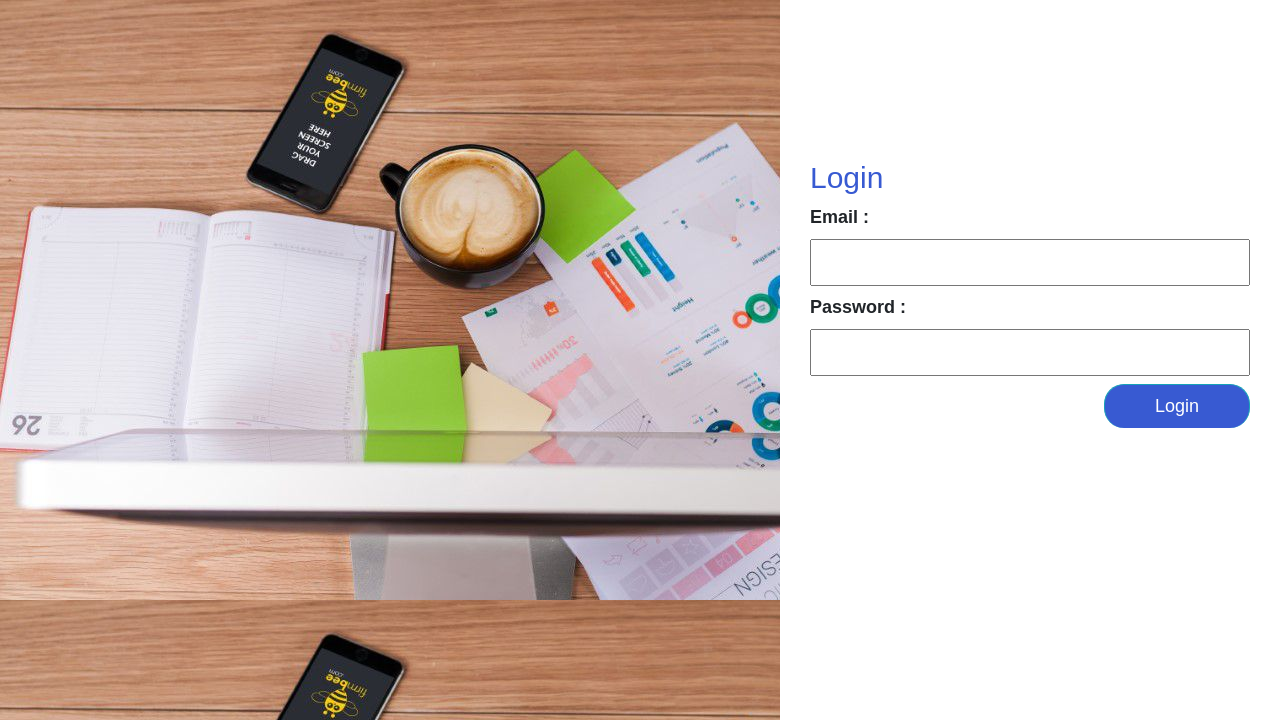
Repository: bayulalu/sekolah-orgaisasi
Page: http://localhost/login-user
These files come from the project's save history. The page is drawn as it stood at one moment and after the next save; the edit follows.
The browser window is 1280 px wide. The pictures show the whole page.
The page is served by the project's Laravel application, run on PHP 8.4 with Laravel 8.

Above is the page before, as saved 2020-07-19 14:23:38.

After the next save:
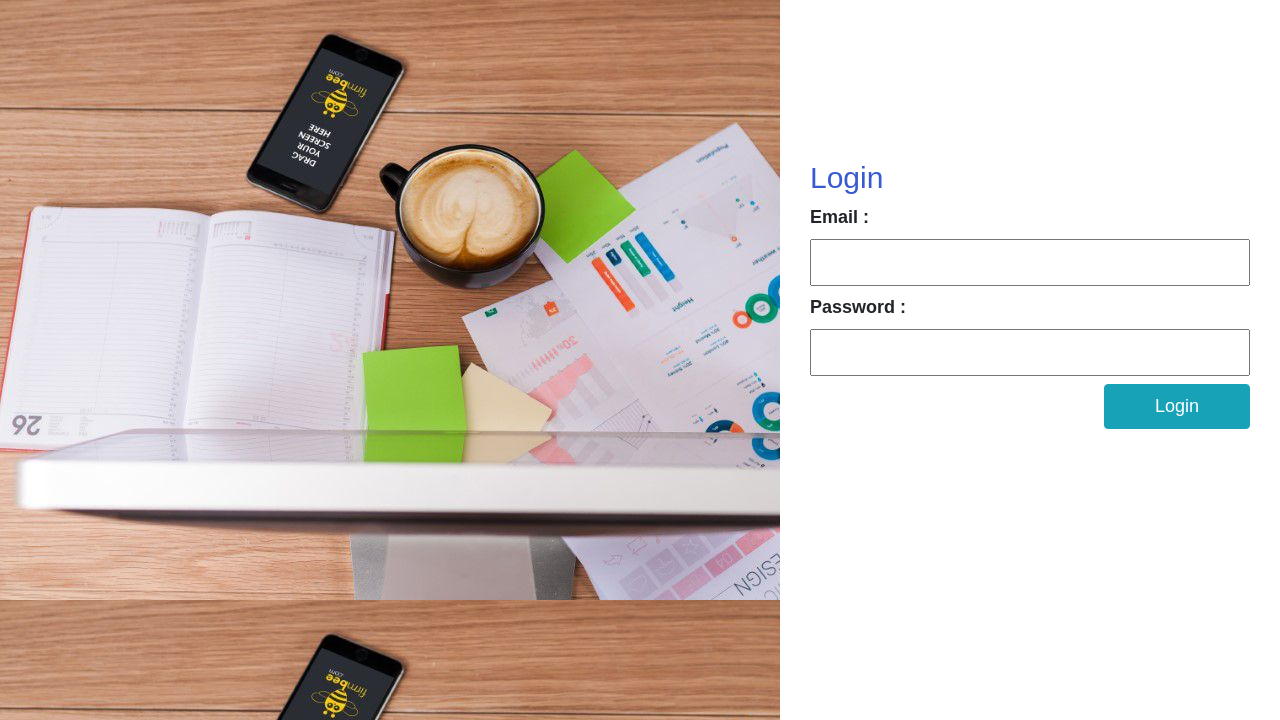
Saved 19 s later.
--- a/public/css/login.css
+++ b/public/css/login.css
@@ -48,10 +48,7 @@ html {
 }
 .login-btn {
     float: right;
-    background: #385ad2;
     font-size: 18px;
     padding: 8px 50px;
     color: white;
-    border-radius: 20px ;
-    border-bottom:none;
 }
